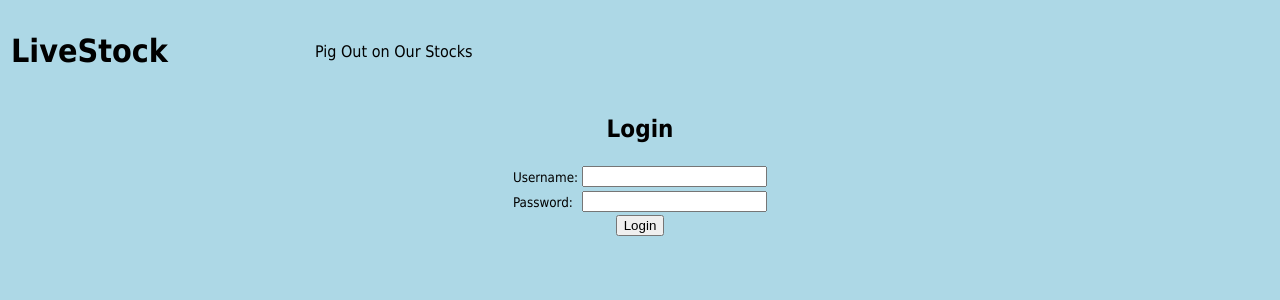
Repository: yastapova/live-stock
Page: LiveStockSite/WebContent/WEB-INF/index.html
An editor plug-in stored every save of this project. The page is shown before and after the next save, followed by the edit.
The browser window is 1280 px wide. The pictures show the whole page.

Above is the page before, as saved 2016-04-15 21:34:43.

### LiveStockSite/WebContent/WEB-INF/index.html
<!DOCTYPE html>
<html>
<head>
	<meta charset="ISO-8859-1">
	<title>LiveStock Trading</title>
	<style>
		body {
			background-color: lightblue;
			font-family: Tahoma;
		}
		.formlabel {
			font-size: 10pt;
		}
	</style>
</head>
<body>
	<div class="header">
	<table>
		<tr>
			<td width='300px'><h1>LiveStock</h1></td>
			<td width='300px'><p>Pig Out on Our Stocks</p></td>
		</tr>
	</table>
	</div>

	<div class="body" align="center">
		<h2>Login</h2>
		<form>
			<table>
				<tr>
					<td><span class="formlabel">Username:</span></td>
					<td><input id="usrn" name="username" type="text" /></td>
				</tr>
				<tr>
					<td><span class="formlabel">Password:</span></td>
					<td><input id="pw" name="password" type="password" /></td>
				</tr>
			</table>
			<input type="submit" value="Login">
		</form>
	</div>

	<div class="footer">
	</div>
</body>
</html>

After the next save:
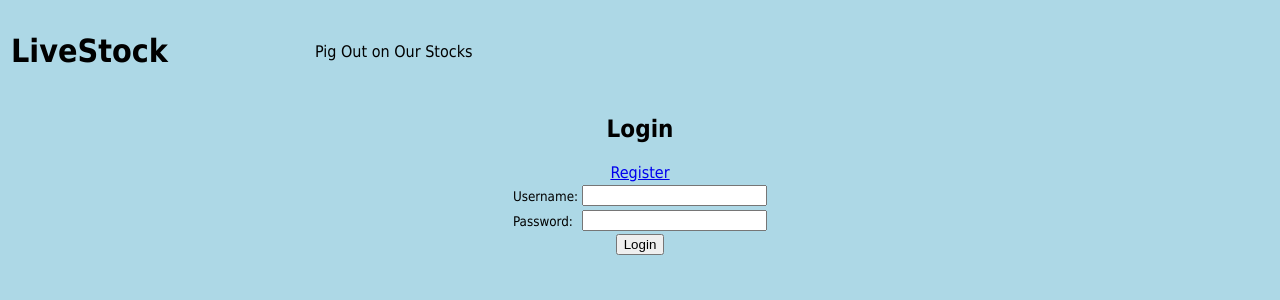
Saved 17 min 40 s later.
--- a/LiveStockSite/WebContent/WEB-INF/index.html
+++ b/LiveStockSite/WebContent/WEB-INF/index.html
@@ -25,6 +25,7 @@
 
 	<div class="body" align="center">
 		<h2>Login</h2>
+		<a href="register.html">Register</a>
 		<form>
 			<table>
 				<tr>
